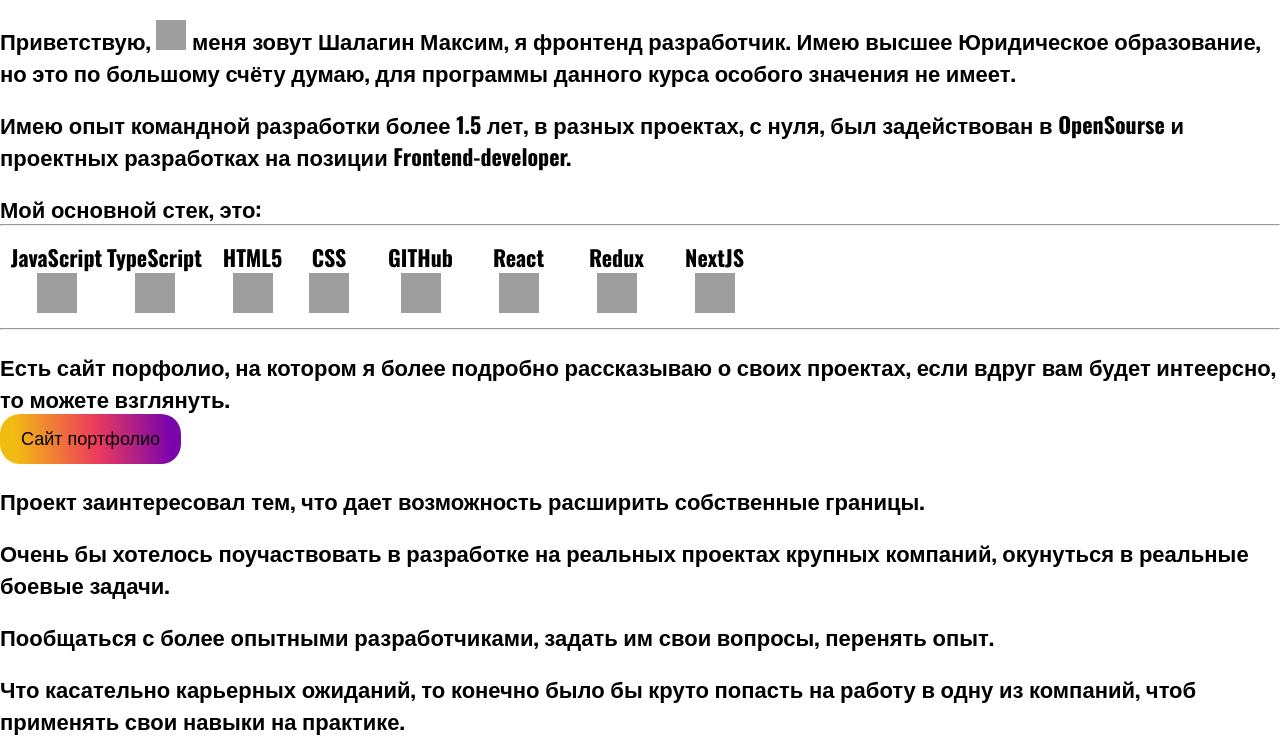
Repository: ni4egonepridumal/letter
Page: index.html
The author's editor kept a copy of each file at every save. The page is drawn from the files as they stood at one save, then again after the next save.
The browser window is 1280 px wide. The pictures show the whole page.
Pictures or frames that could not be fetched are drawn as grey boxes.

Above is the page before, as saved 2024-01-18 18:02:06.

After the next save:
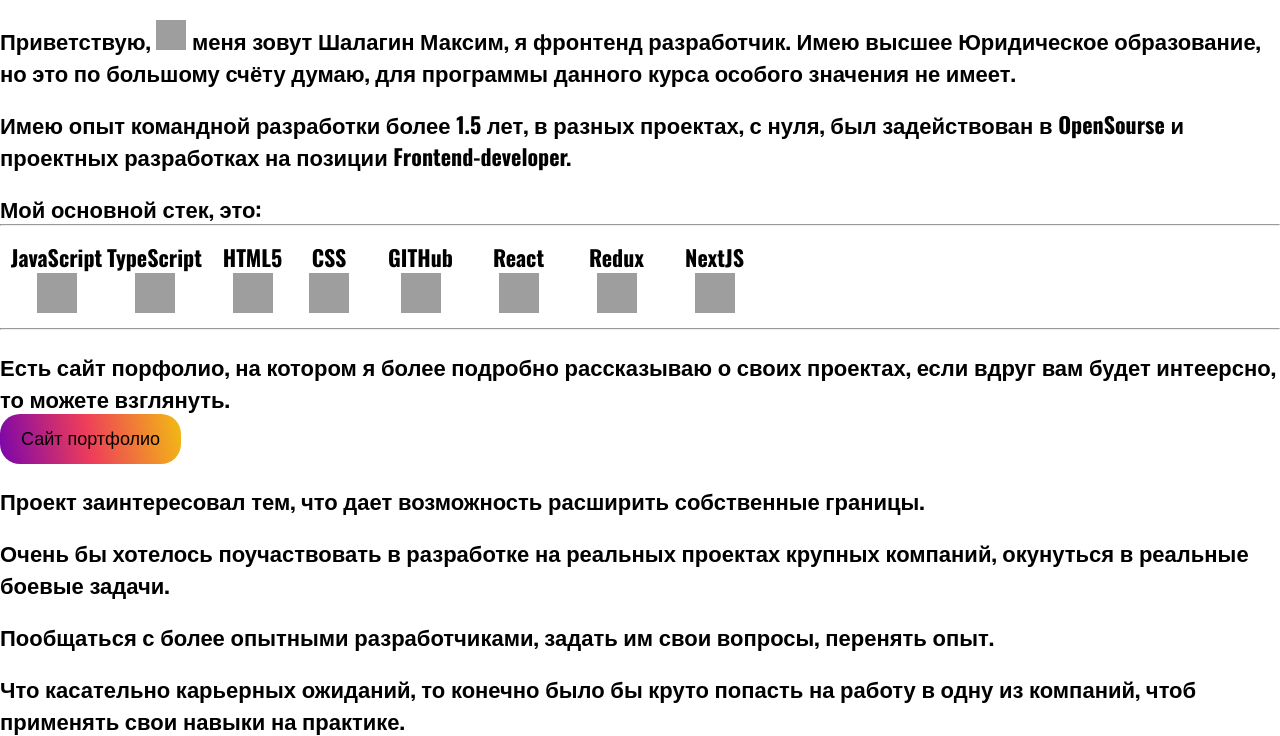
Saved 9 s later.
--- a/style.css
+++ b/style.css
@@ -49,20 +49,6 @@ p {
   cursor: pointer;
   font-size: 18px;
 }
-.inner_href::before {
-  position: absolute;
-  content: "";
-  inset: 0;
-  background: linear-gradient(
-    78.55deg,
-    #7a05ab 0%,
-    #ee3d5a 48.44%,
-    #f2bc12 100%
-  );
-  z-index: -1;
-  transition: opacity 0.3s linear;
-  opacity: 0;
-}
 .inner_href:hover {
   background: linear-gradient(
     264.48deg,
